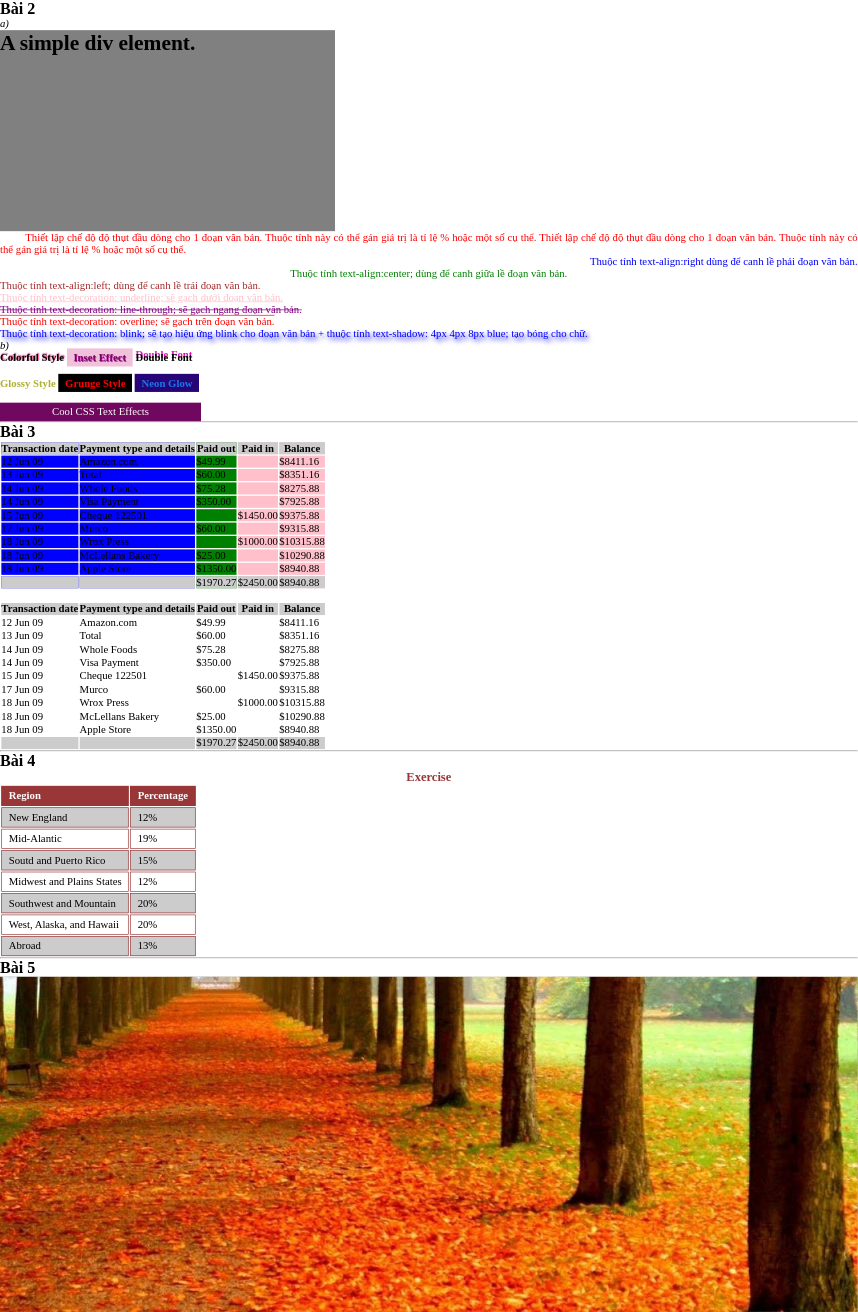
Repository: hoangnguyen1903/STT_21084321_NguyenHuyHoang_DHKHMT17B
Page: html/index.html
An editor plug-in stored every save of this project. The page is shown before and after the next save, followed by the edit.
The browser window is 1280 px wide. The pictures show the whole page, at 67% of full size.

Above is the page before, as saved 2023-03-02 14:54:09.

### html/index.html
<!DOCTYPE html>
<html lang="en">
  <head>
    <meta charset="UTF-8" />
    <meta http-equiv="X-UA-Compatible" content="IE=edge" />
    <meta name="viewport" content="width=device-width, initial-scale=1.0" />
    <title>CSS</title>

    <style>
      * {
        box-sizing: border-box;
        padding: 0;
        margin: 0;
      }
      #bai4 > table {
        font-family: "Trebuchet MS, Arial, Helvetica, sans-serif";
      }

      #bai4 > h3 {
        color: #993738;
        text-align: center;
      }

      #bai4 > table > thead {
        color: #fff;
        background-color: #993738;
        text-align: left;
      }

      #bai4 > table > tbody > tr:nth-child(odd) {
        color: black;
        background-color: #ccc;
        text-align: left;
      }
      #bai4 > table > tbody > tr:nth-child(even) {
        color: black;
        text-align: left;
      }

      #bai4 > table > thead > tr > th,
      #bai4 > table > tbody > tr > td {
        border: 1px solid #993738;
        padding: 5px 10px;
      }

      #bai5 {
        width: 100%;
        height: 500px;
        background-image: url("../img/bg-1.jpg"), url("../img//bg-2.jpg");
        background-position: right bottom, left top;
        background-repeat: no-repeat, repeat;
      }
    </style>
  </head>
  <body>
    <h2><b>Bài 2</b></h2>
    <div id="bai2">
      <p><i>a)</i></p>
      <div
        id="container"
        style="width: 500px; height: 300px; background-color: gray"
      >
        <h1>A simple div element.</h1>
      </div>
      <p style="text-indent: 1cm; color: red; text-align: justify">
        Thiết lập chế độ độ thụt đầu dòng cho 1 đoạn văn bản. Thuộc tính này có
        thể gán giá trị là tỉ lệ % hoặc một số cụ thể. Thiết lập chế độ độ thụt
        đầu dòng cho 1 đoạn văn bản. Thuộc tính này có thể gán giá trị là tỉ lệ
        % hoặc một số cụ thể.
      </p>
      <p style="text-align: right; color: blue">
        Thuộc tính text-align:right dùng để canh lề phải đoạn văn bản.
      </p>
      <p style="text-align: center; color: green">
        Thuộc tính text-align:center; dùng để canh giữa lề đoạn văn bản.
      </p>
      <p style="text-align: left; color: brown">
        Thuộc tính text-align:left; dùng để canh lề trái đoạn văn bản.
      </p>
      <p style="text-decoration: underline; color: pink">
        Thuộc tính text-decoration: underline; sẽ gạch dưới đoạn văn bản.
      </p>
      <p style="text-decoration: line-through; color: purple">
        Thuộc tính text-decoration: line-through; sẽ gạch ngang đoạn văn bản.
      </p>
      <p style="text-decoration: overline; color: red">
        Thuộc tính text-decoration: overline; sẽ gạch trên đoạn văn bản.
      </p>
      <p
        style="
          text-decoration: blink;
          text-align: justify;
          color: blue;
          text-shadow: 4px 4px 8px blue;
        "
      >
        Thuộc tính text-decoration: blink; sẽ tạo hiệu ứng blink cho đoạn văn
        bản + thuộc tính text-shadow: 4px 4px 8px blue; tạo bóng cho chữ.
      </p>
      <p><i>b)</i></p>
      <div>
        <span
          style="
            color: black;
            font-weight: bold;
            text-shadow: 1px -1px 2px rgba(238, 12, 106, 0.986);
          "
          >Colorful Style</span
        >
        <span
          style="
            color: #70085f;
            background: #f1c0db;
            padding: 5px 10px;
            font-weight: bold;
            text-shadow: #eb0bc5 1px 1px 0;
          "
          >Inset Effect</span
        >
        <span style="text-shadow: 0px -5px 0 #eb0bc5; font-weight: bold"
          >Double Font</span
        >
      </div>
      <div style="margin-top: 20px">
        <span
          style="
            color: rgb(175, 175, 48);
            text-shadow: 4px 2px 2px #fff;
            font-weight: bold;
          "
          >Glossy Style</span
        >
        <span
          style="
            color: red;
            background-color: black;
            padding: 5px 10px;
            font-weight: bold;
          "
          >Grunge Style</span
        >
        <span
          style="
            color: rgb(20, 122, 238);
            background-color: rgb(39, 5, 119);
            padding: 5px 10px;
            font-weight: bold;
          "
          >Neon Glow</span
        >
      </div>
      <div
        style="
          color: #fff;
          background-color: #70085f;
          text-align: center;
          padding: 5px 10px;
          margin-top: 20px;
          width: 300px;
        "
      >
        Cool CSS Text Effects
      </div>
    </div>
    <hr />
    <h2><b>Bài 3</b></h2>
    <table>
      <colgroup>
        <col span="6" style="background-color: blue" />
        <col span="6" style="background-color: blue" />
        <col span="2" style="background-color: green" />
        <col span="2" style="background-color: pink" />
        <col span="3" style="background-color: pink" />
      </colgroup>
      <tr style="background-color: #ccc">
        <th colspan="6">Transaction date</th>
        <th colspan="6">Payment type and details</th>
        <th colspan="2">Paid out</th>
        <th colspan="2">Paid in</th>
        <th colspan="3">Balance</th>
      </tr>

      <tr>
        <td colspan="6">12 Jun 09</td>
        <td colspan="6">Amazon.com</td>
        <td colspan="2">$49.99</td>
        <td colspan="2"></td>
        <td colspan="3">$8411.16</td>
      </tr>
      <tr>
        <td colspan="6">13 Jun 09</td>
        <td colspan="6">Total</td>
        <td colspan="2">$60.00</td>
        <td colspan="2"></td>
        <td colspan="3">$8351.16</td>
      </tr>
      <tr>
        <td colspan="6">14 Jun 09</td>
        <td colspan="6">Whole Foods</td>
        <td colspan="2">$75.28</td>
        <td colspan="2"></td>
        <td colspan="3">$8275.88</td>
      </tr>
      <tr>
        <td colspan="6">14 Jun 09</td>
        <td colspan="6">Visa Payment</td>
        <td colspan="2">$350.00</td>
        <td colspan="2"></td>
        <td colspan="3">$7925.88</td>
      </tr>
      <tr>
        <td colspan="6">15 Jun 09</td>
        <td colspan="6">Cheque 122501</td>
        <td colspan="2"></td>
        <td colspan="2">$1450.00</td>
        <td colspan="3">$9375.88</td>
      </tr>
      <tr>
        <td colspan="6">17 Jun 09</td>
        <td colspan="6">Murco</td>
        <td colspan="2">$60.00</td>
        <td colspan="2"></td>
        <td colspan="3">$9315.88</td>
      </tr>
      <tr>
        <td colspan="6">18 Jun 09</td>
        <td colspan="6">Wrox Press</td>
        <td colspan="2"></td>
        <td colspan="2">$1000.00</td>
        <td colspan="3">$10315.88</td>
      </tr>
      <tr>
        <td colspan="6">18 Jun 09</td>
        <td colspan="6">McLellans Bakery</td>
        <td colspan="2">$25.00</td>
        <td colspan="2"></td>
        <td colspan="3">$10290.88</td>
      </tr>
      <tr>
        <td colspan="6">18 Jun 09</td>
        <td colspan="6">Apple Store</td>
        <td colspan="2">$1350.00</td>
        <td colspan="2"></td>
        <td colspan="3">$8940.88</td>
      </tr>

      <tr style="background-color: #ccc">
        <td colspan="6"></td>
        <td colspan="6"></td>
        <td colspan="2">$1970.27</td>
        <td colspan="2">$2450.00</td>
        <td colspan="3">$8940.88</td>
      </tr>
    </table>
    <br />
    <table>
      <tr style="background-color: #ccc">
        <th colspan="6">Transaction date</th>
        <th colspan="6">Payment type and details</th>
        <th colspan="2">Paid out</th>
        <th colspan="2">Paid in</th>
        <th colspan="3">Balance</th>
      </tr>

      <tr>
        <td colspan="6">12 Jun 09</td>
        <td colspan="6">Amazon.com</td>
        <td colspan="2">$49.99</td>
        <td colspan="2"></td>
        <td colspan="3">$8411.16</td>
      </tr>
      <tr>
        <td colspan="6">13 Jun 09</td>
        <td colspan="6">Total</td>
        <td colspan="2">$60.00</td>
        <td colspan="2"></td>
        <td colspan="3">$8351.16</td>
      </tr>
      <tr>
        <td colspan="6">14 Jun 09</td>
        <td colspan="6">Whole Foods</td>
        <td colspan="2">$75.28</td>
        <td colspan="2"></td>
        <td colspan="3">$8275.88</td>
      </tr>
      <tr>
        <td colspan="6">14 Jun 09</td>
        <td colspan="6">Visa Payment</td>
        <td colspan="2">$350.00</td>
        <td colspan="2"></td>
        <td colspan="3">$7925.88</td>
      </tr>
      <tr>
        <td colspan="6">15 Jun 09</td>
        <td colspan="6">Cheque 122501</td>
        <td colspan="2"></td>
        <td colspan="2">$1450.00</td>
        <td colspan="3">$9375.88</td>
      </tr>
      <tr>
        <td colspan="6">17 Jun 09</td>
        <td colspan="6">Murco</td>
        <td colspan="2">$60.00</td>
        <td colspan="2"></td>
        <td colspan="3">$9315.88</td>
      </tr>
      <tr>
        <td colspan="6">18 Jun 09</td>
        <td colspan="6">Wrox Press</td>
        <td colspan="2"></td>
        <td colspan="2">$1000.00</td>
        <td colspan="3">$10315.88</td>
      </tr>
      <tr>
        <td colspan="6">18 Jun 09</td>
        <td colspan="6">McLellans Bakery</td>
        <td colspan="2">$25.00</td>
        <td colspan="2"></td>
        <td colspan="3">$10290.88</td>
      </tr>
      <tr>
        <td colspan="6">18 Jun 09</td>
        <td colspan="6">Apple Store</td>
        <td colspan="2">$1350.00</td>
        <td colspan="2"></td>
        <td colspan="3">$8940.88</td>
      </tr>

      <tr style="background-color: #ccc">
        <td colspan="6"></td>
        <td colspan="6"></td>
        <td colspan="2">$1970.27</td>
        <td colspan="2">$2450.00</td>
        <td colspan="3">$8940.88</td>
      </tr>
    </table>
    <hr />
    <h2><b>Bài 4</b></h2>
    <div id="bai4">
      <h3>Exercise</h3>
      <table>
        <thead>
          <tr>
            <th span="12">Region</th>
            <th span="8">Percentage</th>
          </tr>
        </thead>
        <tbody>
          <tr>
            <td span="12">New England</td>
            <td span="8">12%</td>
          </tr>
          <tr>
            <td span="12">Mid-Alantic</td>
            <td span="8">19%</td>
          </tr>
          <tr>
            <td span="12">Soutd and Puerto Rico</td>
            <td span="8">15%</td>
          </tr>
          <tr>
            <td span="12">Midwest and Plains States</td>
            <td span="8">12%</td>
          </tr>
          <tr>
            <td span="12">Southwest and Mountain</td>
            <td span="8">20%</td>
          </tr>
          <tr>
            <td span="12">West, Alaska, and Hawaii</td>
            <td span="8">20%</td>
          </tr>
          <tr>
            <td span="12">Abroad</td>
            <td span="8">13%</td>
          </tr>
        </tbody>
      </table>
    </div>
    <hr />
    <h2><b>Bài 5</b></h2>
    <div id="bai5"></div>
  </body>
</html>

After the next save:
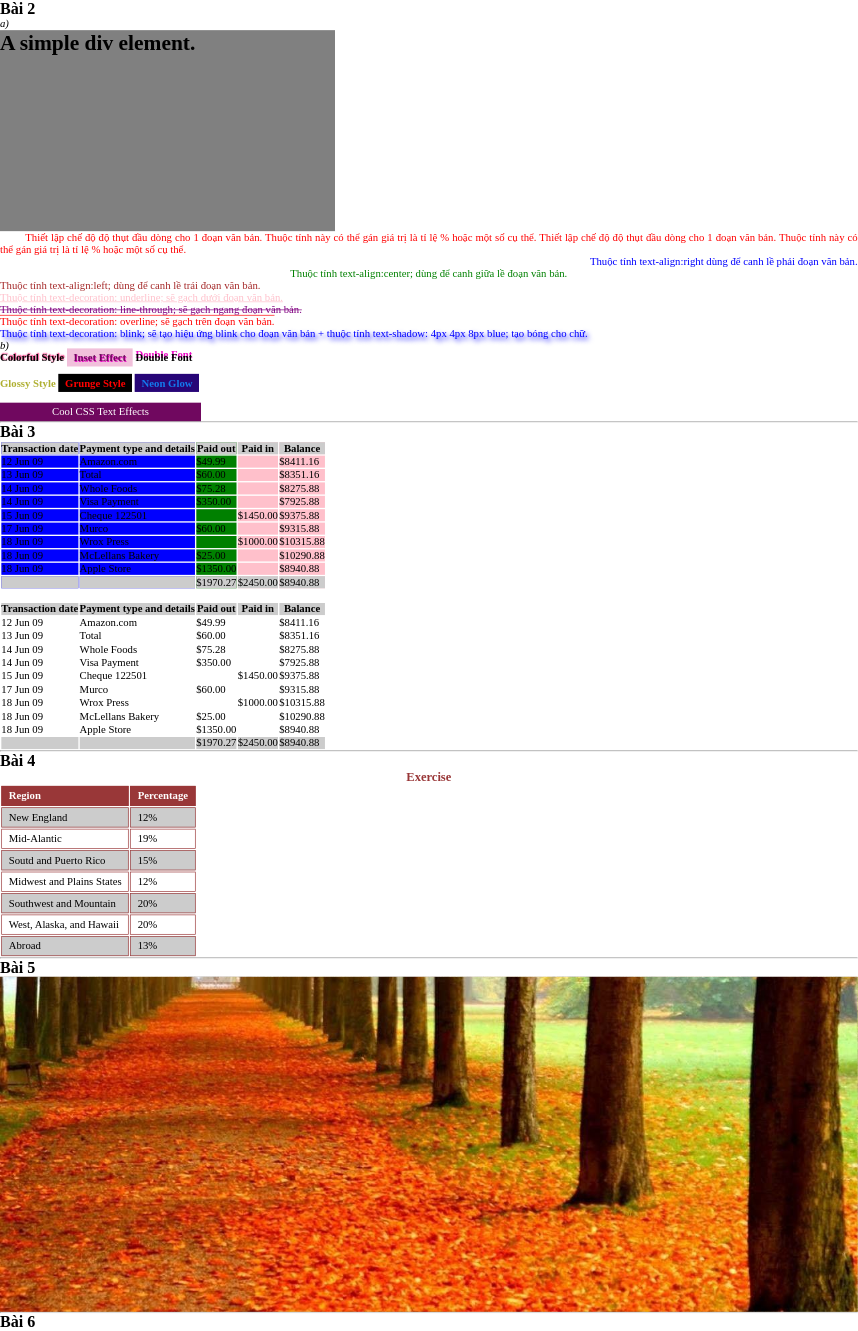
Saved 37 s later.
--- a/html/index.html
+++ b/html/index.html
@@ -380,5 +380,8 @@
     <hr />
     <h2><b>Bài 5</b></h2>
     <div id="bai5"></div>
+    <hr />
+    <h2><b>Bài 6</b></h2>
+    <div id="bai6"></div>
   </body>
 </html>
